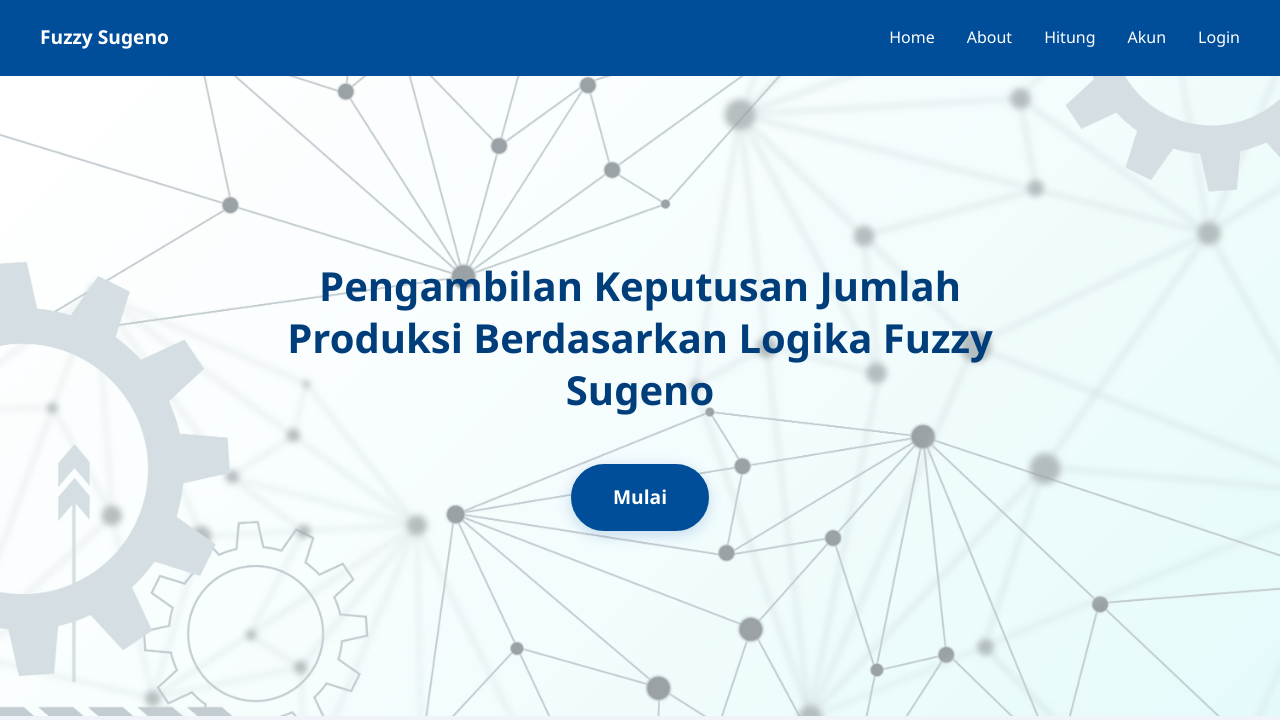
Repository: Senicccc/Defuzzy-Sugeno
Page: http://localhost/
These files come from the project's save history. The page is drawn as it stood at one moment and after the next save; the edit follows.
The browser window is 1280 px wide. The pictures show the whole page.
The page is run by PHP 8.4 with error messages shown; the project is at /var/www/html/.

Above is the page before, as saved 2025-06-10 13:14:14.

After the next save:
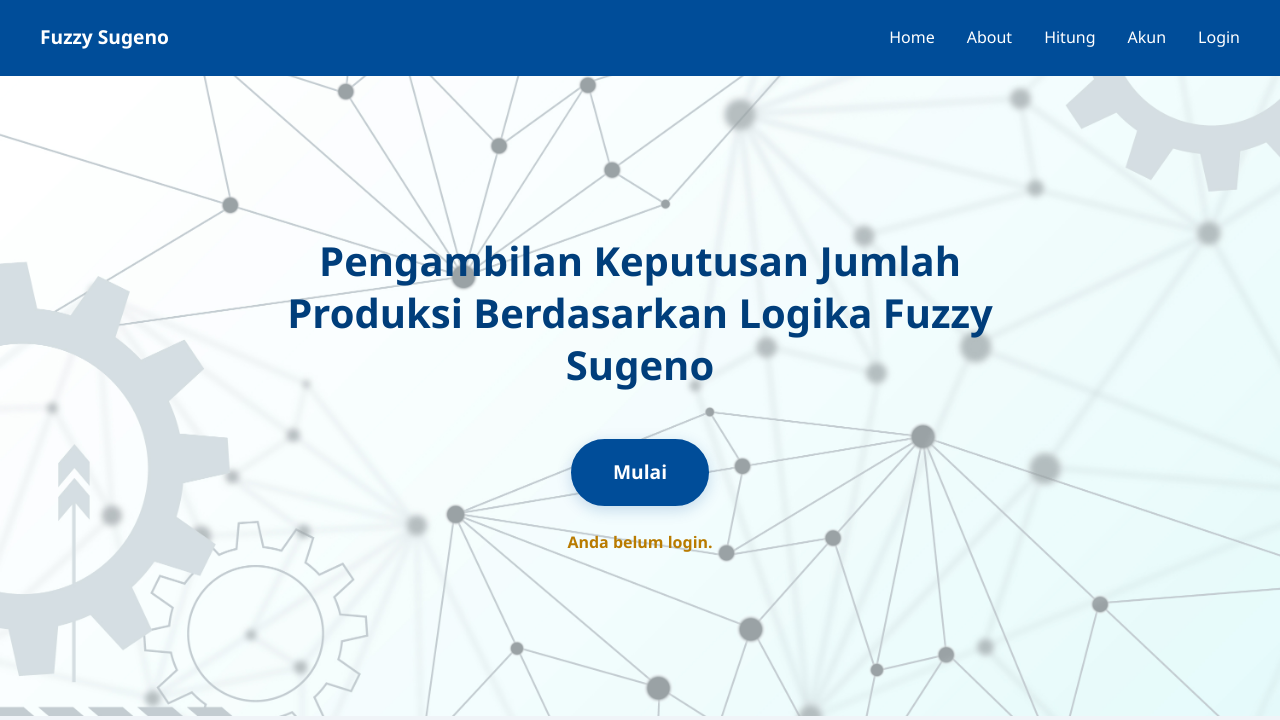
Saved 5 min 56 s later.
--- a/index.php
+++ b/index.php
@@ -1,3 +1,7 @@
+<?php
+session_start();
+$isLoggedIn = isset($_SESSION['user_id']); // atau sesuaikan dengan session login kamu
+?>
 <!DOCTYPE html>
 <html lang="id">
 
@@ -18,6 +22,13 @@
     <section class="hero" style="background: url('img/menu-bg.jpg') center center/cover no-repeat;">
         <h1>Pengambilan Keputusan Jumlah Produksi Berdasarkan Logika Fuzzy Sugeno</h1>
         <a href="php/form.php" class="start-button">Mulai</a>
+        <div style="margin-top:24px;">
+            <?php if ($isLoggedIn): ?>
+                <span style="color:#009900;font-weight:600;">Anda sudah login.</span>
+            <?php else: ?>
+                <span style="color:#b97b00;font-weight:600;">Anda belum login.</span>
+            <?php endif; ?>
+        </div>
     </section>
 
 </body>
